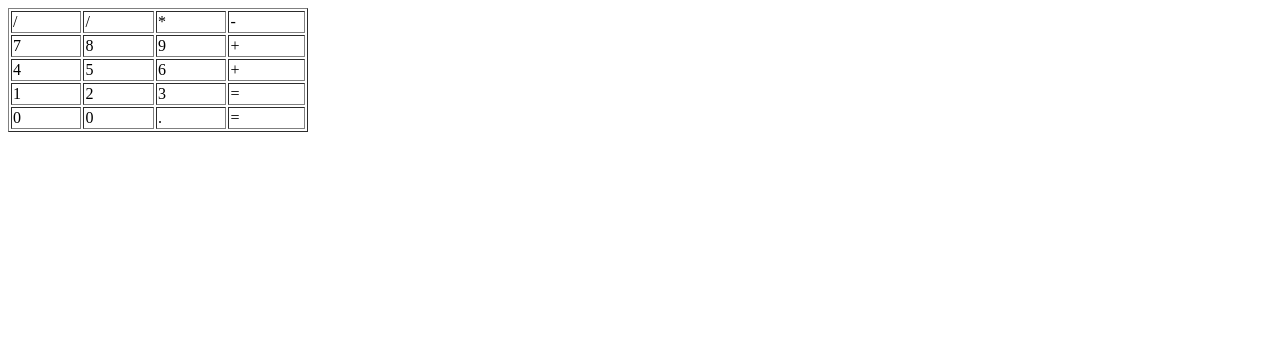
Repository: BaekJiGyeong/JSP
Page: http://localhost/AB_WebCalc/
The author's editor kept a copy of each file at every save. The page is drawn from the files as they stood at one save, then again after the next save.
The browser window is 1280 px wide. The pictures show the whole page.
The page is served by Tomcat 9. Other server files are loaded and not shown.

Above is the page before, as saved 2016-02-02 01:53:41.

### AB_WebCalc/WebContent/index.jsp
<%@ page language="java" contentType="text/html; charset=UTF-8"
    pageEncoding="UTF-8"%>
<!DOCTYPE html>
<html>
<head>
<meta http-equiv="Content-Type" content="text/html; charset=UTF-8">
<title>Insert title here</title>
</head>
<body>
	<table border ="1" width="300">
		<tr>
			<td>/</td>
			<td>/</td>
			<td>*</td>
			<td>-</td>
		</tr>
		<tr>
			<td>7</td>
			<td>8</td>
			<td>9</td>
			<td>+</td>
		</tr>
		<tr>
			<td>4</td>
			<td>5</td>
			<td>6</td>
			<td>+</td>
		</tr>
		<tr>
			<td>1</td>
			<td>2</td>
			<td>3</td>
			<td>=</td>
		</tr>
		<tr>
			<td>0</td>
			<td>0</td>
			<td>.</td>
			<td>=</td>
		</tr>
	</table>
</body>
</html>

After the next save:
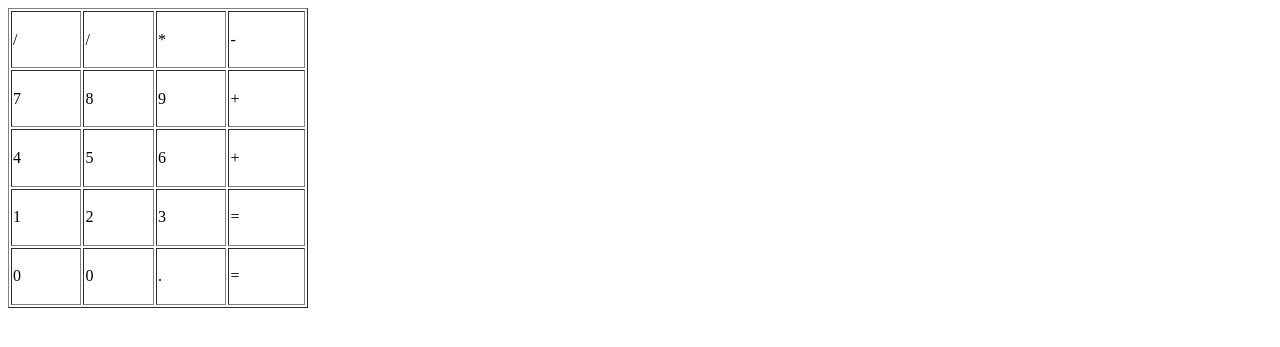
Saved 54 s later.
--- a/AB_WebCalc/WebContent/index.jsp
+++ b/AB_WebCalc/WebContent/index.jsp
@@ -7,7 +7,7 @@
 <title>Insert title here</title>
 </head>
 <body>
-	<table border ="1" width="300">
+	<table border ="1" width="300" height="300">
 		<tr>
 			<td>/</td>
 			<td>/</td>
